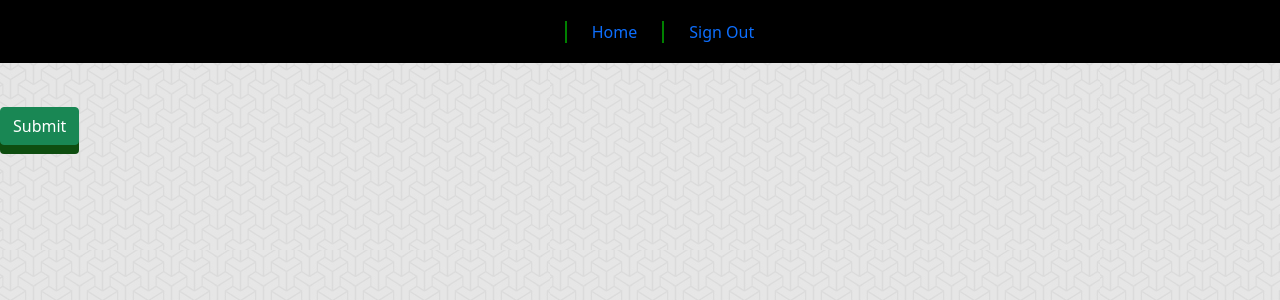
Repository: kavine24/CS490-Python-LMS
Page: html/portal/s/TakeQuiz.html
An editor plug-in stored every save of this project. The page is shown before and after the next save, followed by the edit.
The browser window is 1280 px wide. The pictures show the whole page.
The page's requests for data from a server got no answer.

Above is the page before, as saved 2022-04-20 18:19:40.

### html/portal/s/TakeQuiz.html
<!DOCTYPE html>
<html>
  <head>
    <title>Take Exam</title>
    <link rel="stylesheet" href="/style.css">

    <link href="https://cdn.jsdelivr.net/npm/bootstrap@5.1.3/dist/css/bootstrap.min.css" rel="stylesheet" integrity="sha384-1BmE4kWBq78iYhFldvKuhfTAU6auU8tT94WrHftjDbrCEXSU1oBoqyl2QvZ6jIW3" crossorigin="anonymous">
  </head>
  <body>
    <header class="mainHeader">
      <h1 id="header" class="header"></h1>
      <ul class="navLIST">
          <li><a href="http://cs490testcenter.ddns.net:50000/portal/s/Home.php">Home</a></li>
          <li><a href="http://cs490testcenter.ddns.net:50000">Sign Out</a></li>
        </ul>
      <br>
    </header>

    <form id="takeExamForm" class="col-6" onsubmit="submitForm()">
        <br>
        <input id="submit" type="submit" placeholder="Submit" class="btn btn-success submit"></input>
    </form>
    <div id="legend" class="col-6">

    </div>

    <script>
      const inputs = [];

      const urlParams = new URLSearchParams(window.location.search);
      var requestType = 'GetExamFTM';
      const examID = urlParams.get('examID');

      const form = document.getElementById("takeExamForm");
      function handleForm(event) { event.preventDefault(); }
      form.addEventListener('submit', handleForm);

      function displayExams(){
        const data = {examID, requestType};

        const options = {
          method:'POST',
          headers: {
              "Content-type": "application/json; charset=UTF-8"
          },
          body: JSON.stringify(data)
        };

        fetch('http://cs490testcenter.ddns.net:50000/portal/frontBrowser.php', options)
        .then(response => {
          return response.json();
        })
        .then(data => {
          console.log(data);
          const header = document.getElementById("header");
          header.appendChild(document.createTextNode(data[0].examName));

          header.appendChild(document.createTextNode(" Total Points: " + data[0].totalPoints));
          header.appendChild(document.createElement("br"));
          header.setAttribute("class", "header");

          for(let i = 1; i < data.length; i++){
            const div = document.createElement("div");

            const question = document.createElement("label");
            question.setAttribute("class", "container");
            question.appendChild(document.createTextNode("Question " + i));
            question.appendChild(document.createElement("br"));

            question.appendChild(document.createTextNode("Points: " + data[i].points));
            question.appendChild(document.createElement("br"));

            question.appendChild(document.createTextNode("Type: " + data[i].type));
            question.appendChild(document.createElement("br"));

            question.appendChild(document.createTextNode("Difficulty: " + data[i].difficulty));
            question.appendChild(document.createElement("br"));

            question.appendChild(document.createTextNode("Question: " + data[i].question));
            question.appendChild(document.createElement("br"));

            input = document.createElement("textarea")
            input.setAttribute("rows", "15");
            input.setAttribute("cols", "95");
            input.setAttribute("required", true);
            input.addEventListener('keydown', function(e) {
              if (e.key == 'Tab') {
                e.preventDefault();
                var start = this.selectionStart;
                var end = this.selectionEnd;

                // set textarea value to: text before caret + tab + text after caret
                this.value = this.value.substring(0, start) +
                "\t" + this.value.substring(end);

                // put caret at right position again
                this.selectionStart = this.selectionEnd = start + 1;
              }
            });

            question.appendChild(document.createElement("br"));
            question.appendChild(input);

            div.appendChild(question);

            const questionandID = {
              questionID: data[i].questionID,
              question: question
            };
            inputs.push(questionandID);
          }
        })
        .catch((error) => {
          console.error('Error:', error);
        });

      };
      function swapQuestion(qNum){
        document.getElementById("takeExamForm").insertBefore(div, document.getElementById("submit"));
        document.getElementById("takeExamForm").insertBefore(document.createElement("br"), document.getElementById("submit"));
        document.getElementById("takeExamForm").insertBefore(document.createElement("br"), document.getElementById("submit"));
      }
      function submitForm(){
        const inputsFormatted = [];
        for(let i = 0; i<inputs.length; i++){
          inputFormatted = {
            questionID: inputs[i].questionID,
            answer: inputs[i].question.lastElementChild.value
          }
          inputsFormatted.push(inputFormatted);
        }

        requestType = "SubmitExamFTM"
        const data = {examID, inputsFormatted, requestType};

        const options = {
          method:'POST',
          headers: {
              "Content-type": "application/json; charset=UTF-8"
          },
          body: JSON.stringify(data)
        };

        fetch('http://cs490testcenter.ddns.net:50000/portal/frontBrowser.php', options)
        .then(response => {
          return response.json();
        })
        .then(data => {
          if(data.didWork == 1){
            location.assign('http://cs490testcenter.ddns.net:50000/portal/s/Home.php');
          }
        })
        .catch((error) => {
          console.error('Error:', error);
        });
      }
      displayExams();
    </script>

  </body>
</html>

### html/style.css
body {
  background-image: url(portal/pictures/background.jpg);
}

.header {
  color: #97BC62FF;
  background-color: black;
  padding: 14px 16px;
  margin-top: 0px;
}

.submit, .userSubmit, .examTakeButtons, .examReviewButtons {
  padding: 10px 10px;
  margin: 0px 0px 15px 0px;
  font-size: 20px;
  cursor: pointer;
  text-decoration: none;
  outline: none;
  color: #fff;
  background-color: #4CAF50;
  border: none;
  border-radius: 12px;
  box-shadow: 0 9px #0e4d10;
}

.submit:hover, .userSubmit:hover {
  background-color: #215f23;
  box-shadow: 0 9px #1f9923;
}

.submit:active, .userSubmit:active {
  box-shadow: 0 5px #1C7F20;
  transform: translateY(4px)
}

.panel-heading, .panel-title {
  border-color: #4CAF50 !important;
  background-color: #0e4d10 !important;
}

/* .panel-title th {
  border-color: #1f9923;
  background-color: #1C7F20;
} */

.btn-primary {
  background-color: #0e4d10 !important;
  border-color: #4CAF50 !important;
}

.btn-success {
  background-color: #198754 !important;
  border-color: #198754 !important;
}

#submit {
  margin: 20px 0px;
}

#goBackHome {
  margin: 20px 15px;
}

.filterable {
  margin-top: 15px;
}

.filterable .panel-heading .pull-right {
  margin-top: -20px;
}

.filterable .filters input[disabled] {
  background-color: transparent;
  border: none;
  cursor: auto;
  box-shadow: none;
  padding: 0;
  height: auto;
}
.filterable .filters input[disabled]::-webkit-input-placeholder {
  color: #333;
}
.filterable .filters input[disabled]::-moz-placeholder {
  color: #333;
}
.filterable .filters input[disabled]:-ms-input-placeholder {
  color: #333;
}

.container {
  background-color: #a2a2a2;
  background-image: url(portal/pictures/divimage.jpg);
  padding: 14px 16px;
}

.mainHeader {
  background-color: black;
  max-height: 70px;
  display: flex;
  flex-direction: row;
  align-items: center;
  flex-shrink: 0;
  justify-content: center;
  top: 0;
  width: 100%;
  border-bottom: solid 3px black;
}

.navLIST {
  margin-top: 20px;
  display: flex;
}

.navLIST li {
  display: inline-block;
  margin-left: 0;
  color: #97BC62FF;
}

.navLIST li a {
  background-color: black;
  text-decoration: none;
  border-left: 2px solid green;
  padding: 0px 25px;
}

.navLIST li a:hover {
  background-color: black;
  text-decoration: underline;
}

/* body {
  background-image: url(portal/pictures/background.jpg);
  text-align: center;
  margin: auto;
}

#indexLog, h1 {
  color: #97BC62FF;
  margin: 0;
  overflow: hidden;
  background-color: black;
  padding: 14px 16px;
  text-align: center;
}

.forms {
  text-align: center;
  display: inline-block;
  overflow-wrap: break-word;
}

.credentialStyle {
  color: #97BC62FF;
  margin: 0;
  padding: 0px 0px 20px;
  font-size: 20px;
  text-shadow: .5px .5px 0 #000;
}

.submit, .userSubmit, .examTakeButtons, .examReviewButtons {
  display: inline-block;
  padding: 15px 25px;
  font-size: 24px;
  cursor: pointer;
  text-align: center;
  text-decoration: none;
  outline: none;
  color: #fff;
  background-color: #4CAF50;
  border: none;
  border-radius: 12px;
  box-shadow: 0 9px #1C7F20;
  margin: 10px 0px;
}

.submit:hover, .userSubmit:hover {
  background-color: #3e8e41;
  box-shadow: 0 9px #1C7F20;
}

.submit:active, .userSubmit:active {
  box-shadow: 0 5px #1C7F20;
  transform: translateY(4px)
}

#createQuestionForm {
  padding: 10px;
  text-align: center;
}

div {
  border-radius: 5px;
  background-color: #a2a2a2;
  background-image: url(portal/pictures/divimage.jpg);
  padding: 20px;
  text-align: center;
  display: inline-block;
  max-width: 750px;
}

.centered {
  position: absolute;
  top: 50%;
  left: 50%;
  transform: translate(-50%, -50%);
  text-align: center;
  display: inline-block;
}

.centeredsearch {
  position: absolute;
  top: 15%;
  left: 50%;
  transform: translate(-50%, -50%);
  text-align: center;
  display: inline-block;
}

.left {
  left: 0;
  display: inline-block;
}


.right {
  right: 0;
  display: inline-block;
}

.split {
  height: 100%;
  width: 50%;
  position: absolute;
}
table , th, td{
  border: 1px solid;
  width: 100%;
} */

After the next save:
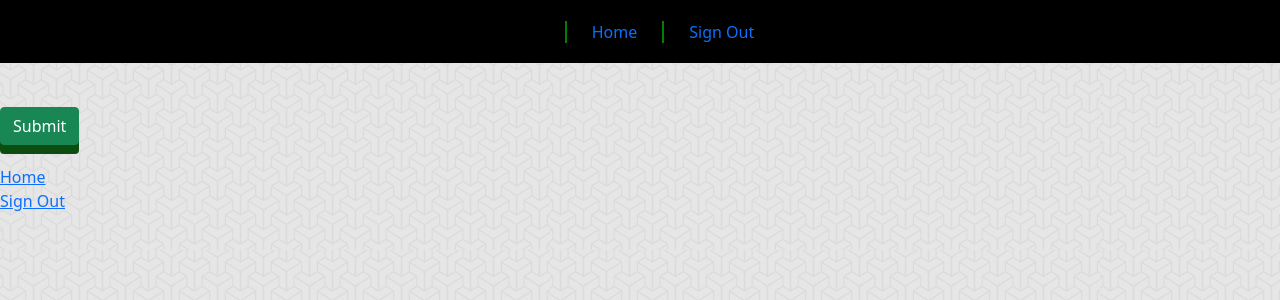
Saved 4 min 0 s later.
--- a/html/portal/s/TakeQuiz.html
+++ b/html/portal/s/TakeQuiz.html
@@ -10,9 +10,9 @@
     <header class="mainHeader">
       <h1 id="header" class="header"></h1>
       <ul class="navLIST">
-          <li><a href="http://cs490testcenter.ddns.net:50000/portal/s/Home.php">Home</a></li>
-          <li><a href="http://cs490testcenter.ddns.net:50000">Sign Out</a></li>
-        </ul>
+        <li><a href="http://cs490testcenter.ddns.net:50000/portal/s/Home.php">Home</a></li>
+        <li><a href="http://cs490testcenter.ddns.net:50000">Sign Out</a></li>
+      </ul>
       <br>
     </header>
 
@@ -21,7 +21,10 @@
         <input id="submit" type="submit" placeholder="Submit" class="btn btn-success submit"></input>
     </form>
     <div id="legend" class="col-6">
-
+      <ul class="nav flex-column">
+        <li><a href="http://cs490testcenter.ddns.net:50000/portal/s/Home.php">Home</a></li>
+        <li><a href="http://cs490testcenter.ddns.net:50000">Sign Out</a></li>
+      </ul>
     </div>
 
     <script>
